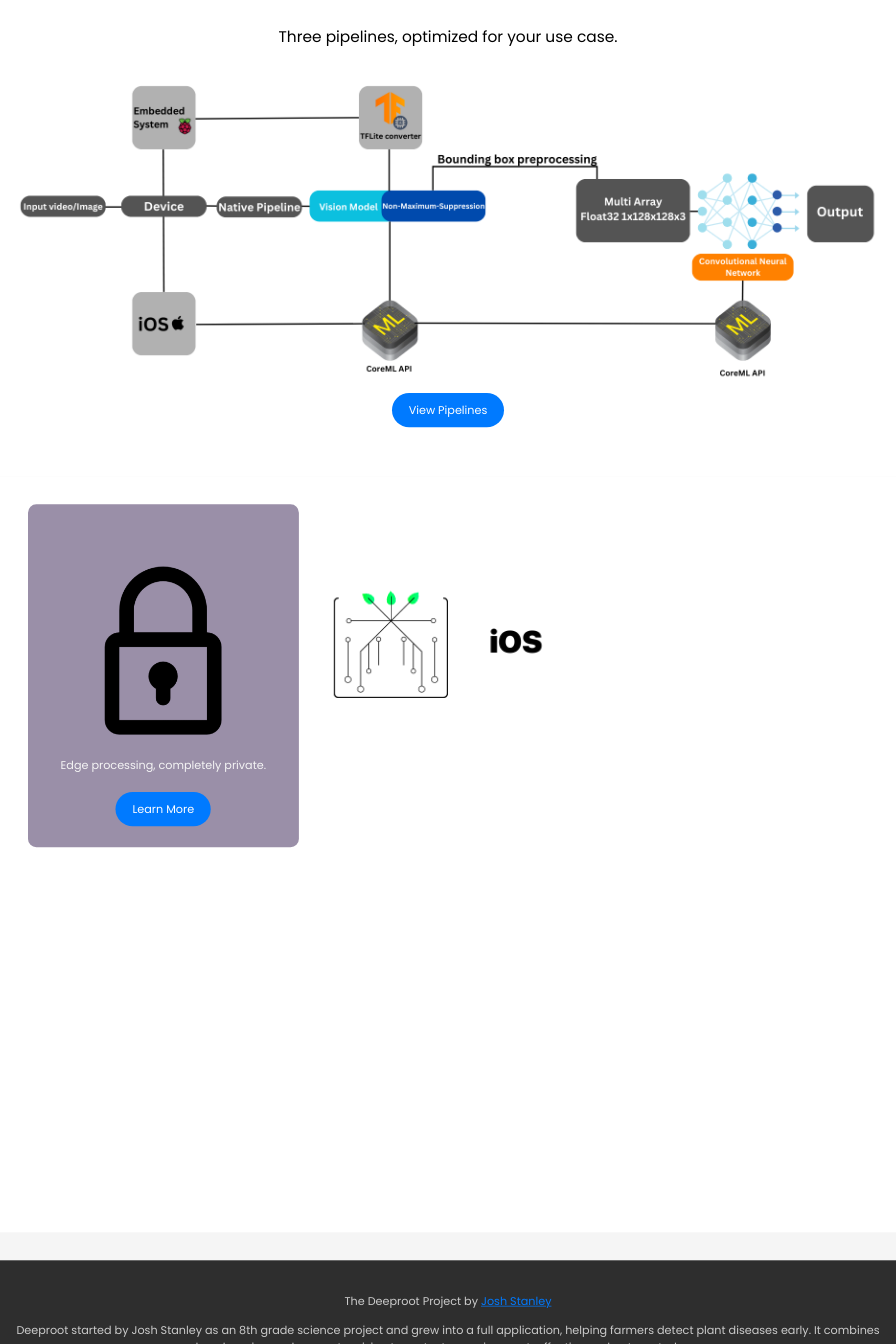
Repository: jss1118/The-Deeproot-Project
Page: Website/index.html
The author's editor kept a copy of each file at every save. The page is drawn from the files as they stood at one save, then again after a run of saves.
The browser window is 1280 px wide. The pictures show the part of the page from y = 1228 to 3148 px (the page is 3212 px tall), at 70% of full size.

Above is the page before, as saved 2025-03-21 13:19:45.

### Website/index.html
<!DOCTYPE html>
<html lang="en">

<head>
  <meta charset="UTF-8">
  <meta name="viewport" content="width=device-width, initial-scale=1.0">
  <title>Deeproot A.I</title>
  <link href="https://fonts.googleapis.com/css2?family=Poppins:wght@400;600&display=swap" rel="stylesheet">
  <style>
    body {
      margin: 0;
      font-family: 'Poppins', sans-serif;
      overflow-x: hidden;
      background-color: #f5f5f5;
    }

    nav {
      background: rgba(22, 22, 22, 0.9);
      position: sticky;
      top: 0;
      width: 100%;
      z-index: 1000;
      display: flex;
      justify-content: center;
    }

    .navlinks {
      list-style: none;
      display: flex;
      gap: 30px;
      padding: 15px;
      margin: 0;
    }

    .navlink, .navicon svg {
      color: #d3d3d3;
      text-decoration: none;
      transition: color 0.3s;
    }

    .navlink:hover, .mainpagelink a:hover {
      color: white;
    }

    .mainpage2, .mainpage3, .mainpage4 {
      padding: 60px 20px;
      text-align: center;
    }

    .mainpage2 {
      background: linear-gradient(135deg, #2e2e2e, #4f4f4f);
      color: white;
    }

    .mainpage2 img, .mainpage3 img, .promo1 img {
      max-width: 100%;
      height: auto;

    }

    .mp2-title1 {
      font-size: 56px;
      font-weight: 600;
      margin-bottom: 15px;
    }

    .mp2-desc, .mp3desc {
      font-size: 22px;
      margin-bottom: 25px;
    }

    .mainpagelink a {
      display: inline-block;
      margin: 10px;
      padding: 12px 24px;
      background: #007aff;
      color: white;
      border-radius: 25px;
      text-decoration: none;
      transition: background 0.3s;
    }

    .mainpage3 {
      background: white;
    }

    .mainpage3 img {
      margin-top: 20px;
      border-radius: 12px;
    }

    .mainpage4 {
      display: grid;
      grid-template-columns: repeat(auto-fit, minmax(300px, 1fr));
      gap: 20px;
      background-color: white;
      padding: 40px;
    }

    .promo1, .promo2, .promo3, .promo4, .promo5, .promo6 {
      background-size: cover;
      background-position: center;
      height: 450px;
      display: flex;
      flex-direction: column;
      justify-content: flex-end;
      padding: 20px;
      color: white;
      border-radius: 12px;
      position: relative;
    }

    .promo1 img, .promo2 img, .promo3 img, .promo4 img, .promo5 img, .promo6 img {
      margin-bottom: 10px;
    }

    .promo1 {
      background-color: #9a8fa8;
      color: #f5f5f5;
    }
    .promo1 img {
      width: 240px;
      height: auto;
      margin: 0 auto 15px auto;
      display: block;
      background: none;
    }

    .promo2 img {
      width: 360px;
      height: auto;
      margin: 0 auto 15px auto;
      display: block;
      background: none;
      position: relative;
      bottom: 80px;
    }

    footer {
      background-color: #2e2e2e;
      color: #ccc;
      text-align: center;
      padding: 30px 20px;
      margin-top: 40px;
    }

    footer a {
      color: #007aff;
      text-decoration: underline;
    }

    @media (max-width: 768px) {
      .mp2-title1 { font-size: 40px; }
      .mp2-desc, .mp3desc { font-size: 18px; }
      .mainpagelink a { padding: 10px 20px; }
    }
  </style>
</head>

<body>
  <nav>
    <ul class="navlinks">
      <li><a class="navlink" href="/">iOS</a></li>
      <li><a class="navlink" href="/applestore">Raspberry Pi 5</a></li>
      <li><a class="navlink" href="/">Native</a></li>
      <li><a class="navlink" href="/">State-of-the-art Models</a></li>
      <li><a class="navlink" href="/">Developers</a></li>
    </ul>
  </nav>

  <section class="mainpage2">
    <h1 class="mp2-title1">Deeproot</h1>
    <p class="mp2-desc">Portable. Fast. Secure.</p>
    <p class="mp2-desc">The all-in-one automated solution for early plant disease detection.</p>
    <div class="mainpagelink"><a href="#">Learn More</a></div>
    <img src="wide logo.png" alt="Deeproot Logo">
  </section>

  <section class="mainpage3">
    <p class="mp3desc">Three pipelines, optimized for your use case.</p>
    <img src="newgraph.png" alt="Machine Learning Pipelines">
    <div class="mainpagelink"><a href="#">View Pipelines</a></div>
  </section>

  <section class="mainpage4">
    <div class="promo1">
      <img src="lock.fill.png" alt="Promo icon">
      <p>Edge processing, completely private.</p>
      <div class="mainpagelink"><a href="#">Learn More</a></div>
    </div>
    <div class="promo2">
      <img src="deeprootios.png" alt="ios icon">
    </div>


    <div class="promo3"></div>
    <div class="promo4"></div>
    <div class="promo5"></div>
    <div class="promo6"></div>
  </section>

  <footer>
    <p>The Deeproot Project by <a href="https://github.com/iamreiyn">Josh Stanley</a></p>
    <p>Deeproot started by Josh Stanley as an 8th grade science project and grew into a full application, helping farmers detect plant diseases early. It combines deep learning and computer vision to protect crops in a cost-effective and automated way.</p>
  </footer>
</body>
</html>

After the next 2 saves:
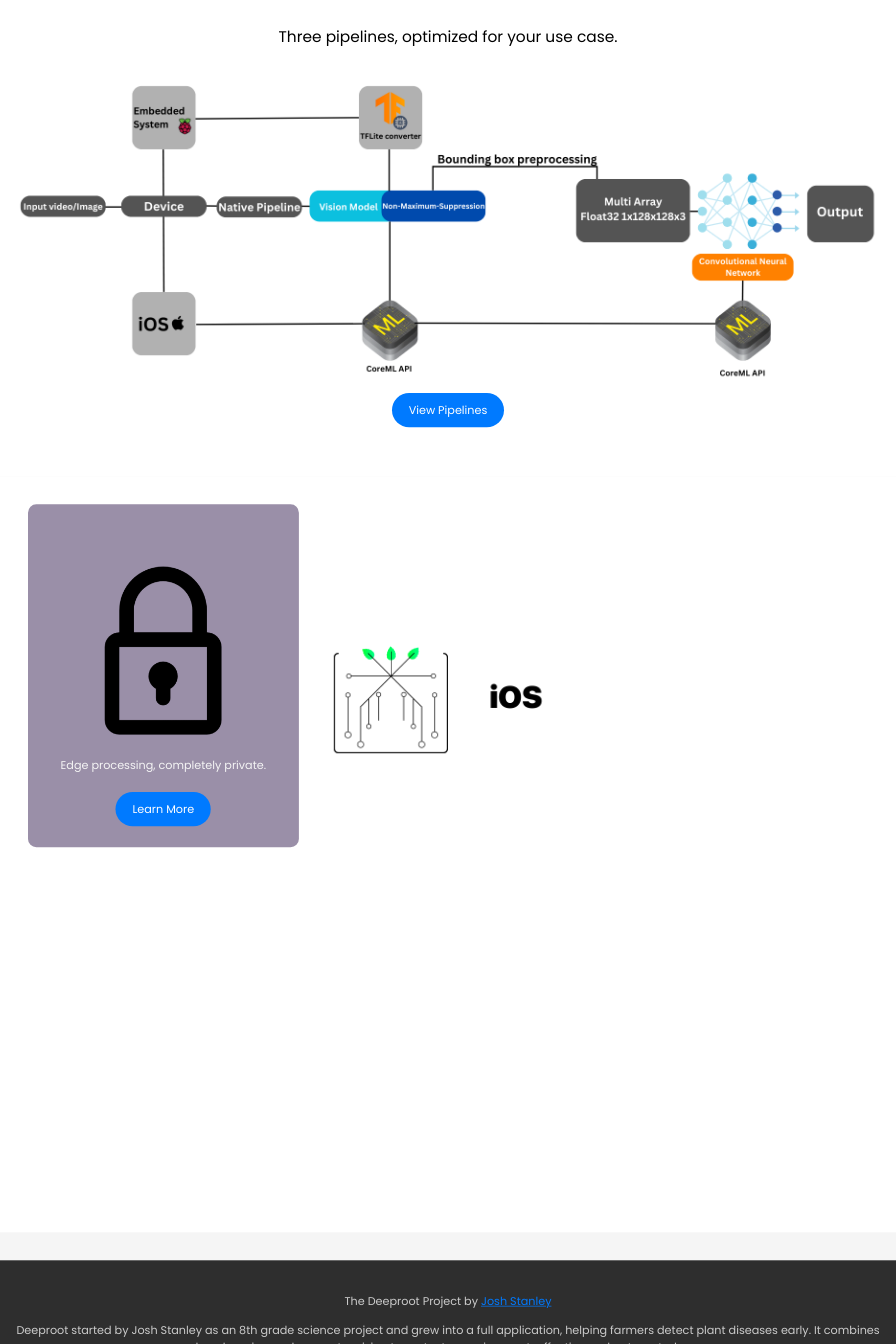
The 2 saves are shown as one change because they came seconds apart.
The last was saved 7 s later.
--- a/Website/index.html
+++ b/Website/index.html
@@ -133,7 +133,7 @@
       display: block;
       background: none;
       position: relative;
-      bottom: 80px;
+      bottom: 1px;
     }
 
     footer {
